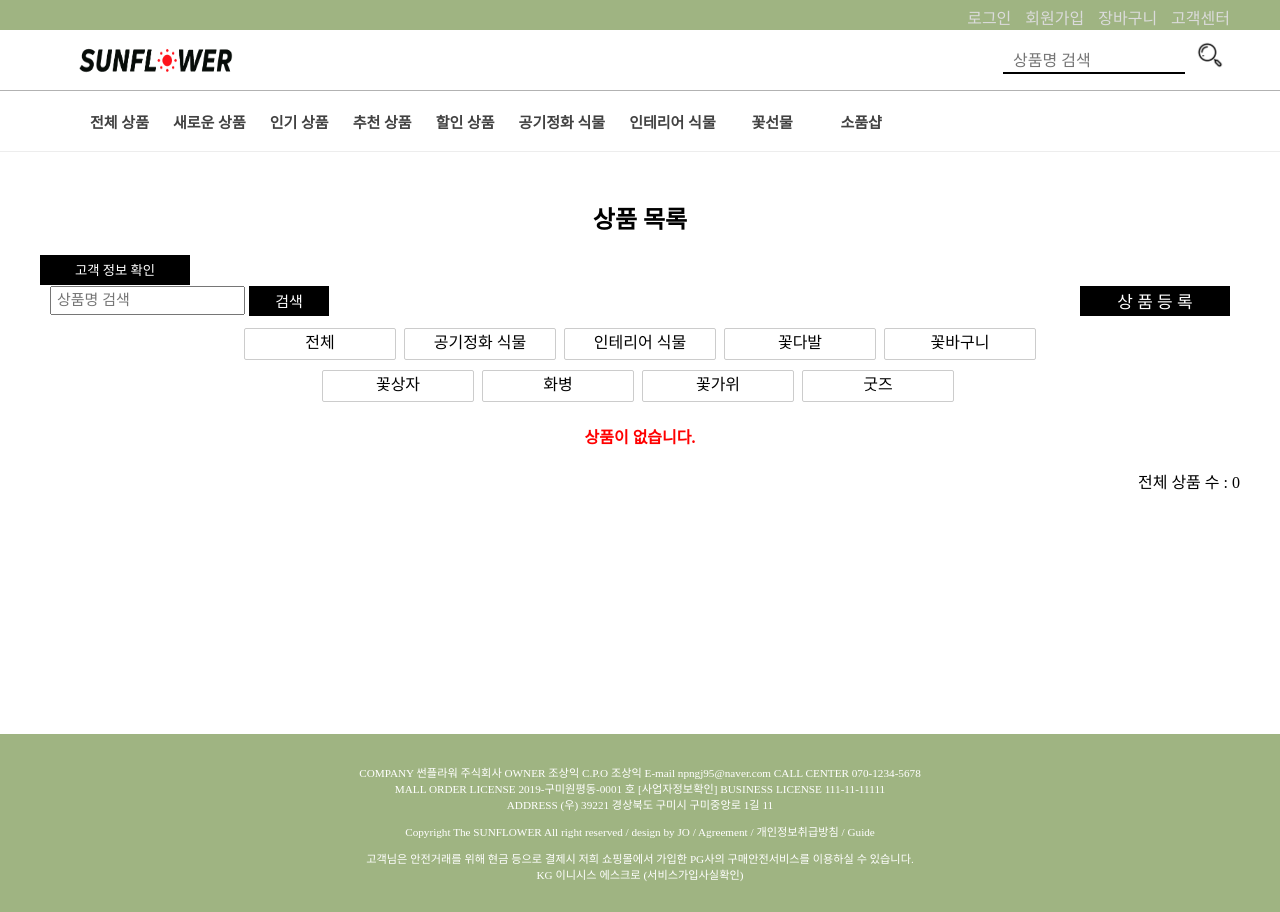
Repository: Jo-Sang-Ik/JSP_hompage
Page: http://localhost/home/product/product_list.jsp?category=11
These files come from the project's save history. The page is drawn as it stood at one moment and after the next save; the edit follows.
The browser window is 1280 px wide. The pictures show the whole page.
Some web fonts or font styles are not loaded; a fallback is used. The page is served by Tomcat 9. Queries for data that is not in the repository find no rows.

Above is the page before, as saved 2020-05-06 01:59:50.

After the next save:
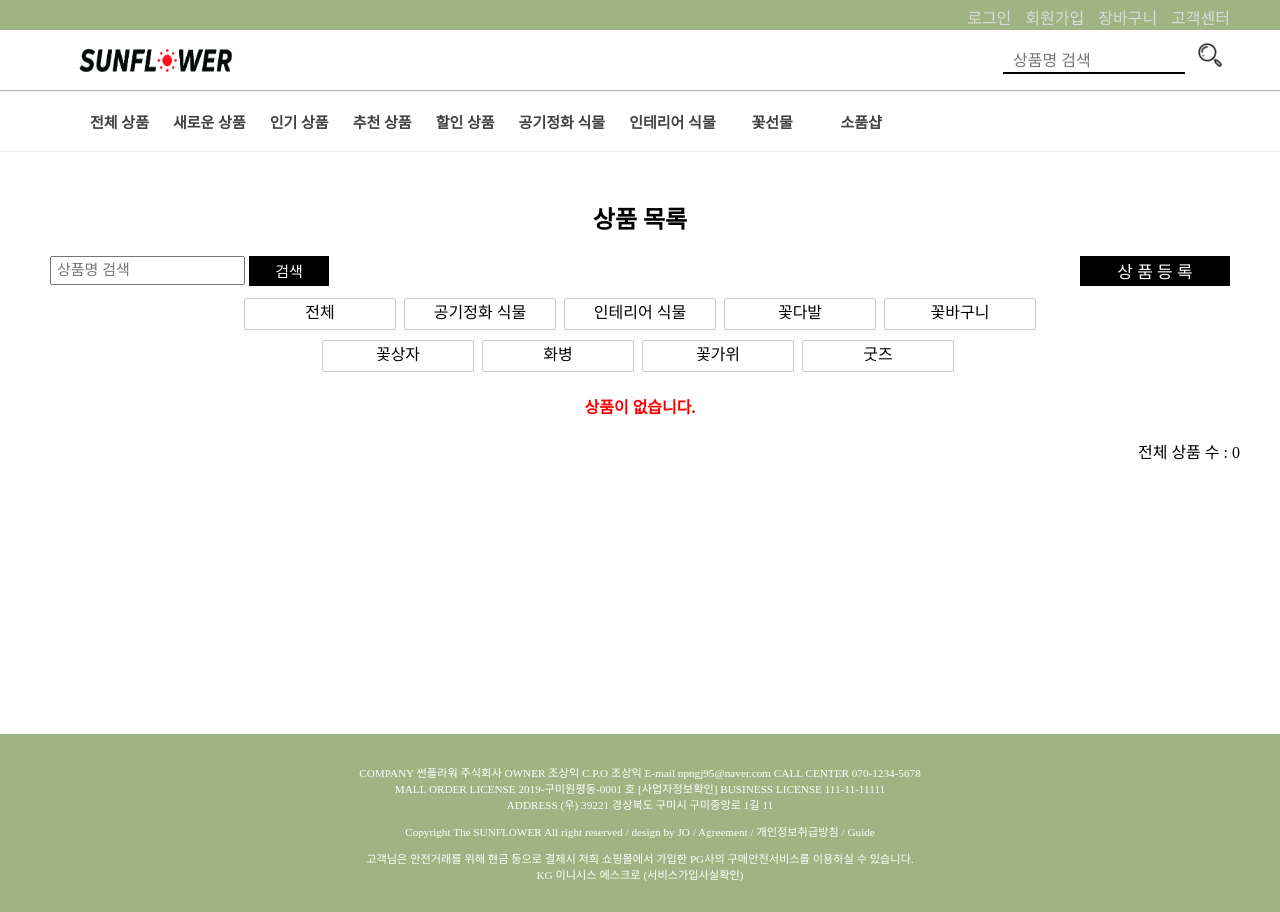
Saved 23 s later.
--- a/workspace/home/WebContent/product/product_list.jsp
+++ b/workspace/home/WebContent/product/product_list.jsp
@@ -44,7 +44,7 @@ if(pageNum == null) { // 처음페이지를 열었을 때 아무페이지도 없
 	<section>
 		<div id="content">
 		   	<h2>상품 목록</h2>
-		   	<div id="customer"><input type="button" value="고객 정보 확인" onclick="location='../member/selectAll.jsp'"></div>
+		   	<div id="customer"></div>
 				<form name="search_form" action="product_list.jsp" method="post">
 					<table class="search_table">
 						<tr class="first_row">
